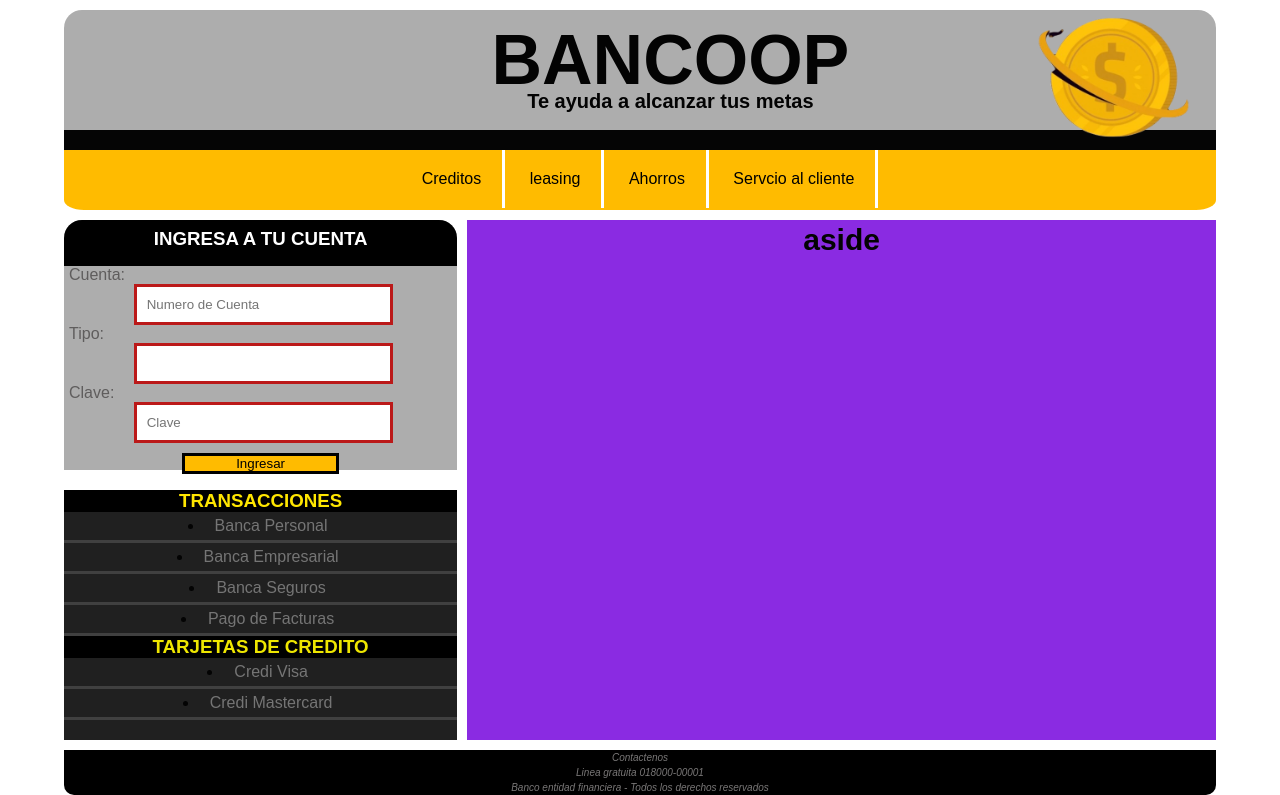
Repository: NickArregoces/BANCOOP
Page: Index.html
These files come from the project's save history. The page is drawn as it stood at one moment and after the next save; the edit follows.
The browser window is 1280 px wide. The pictures show the whole page.

Above is the page before, as saved 2021-09-30 14:09:21.

After the next save:
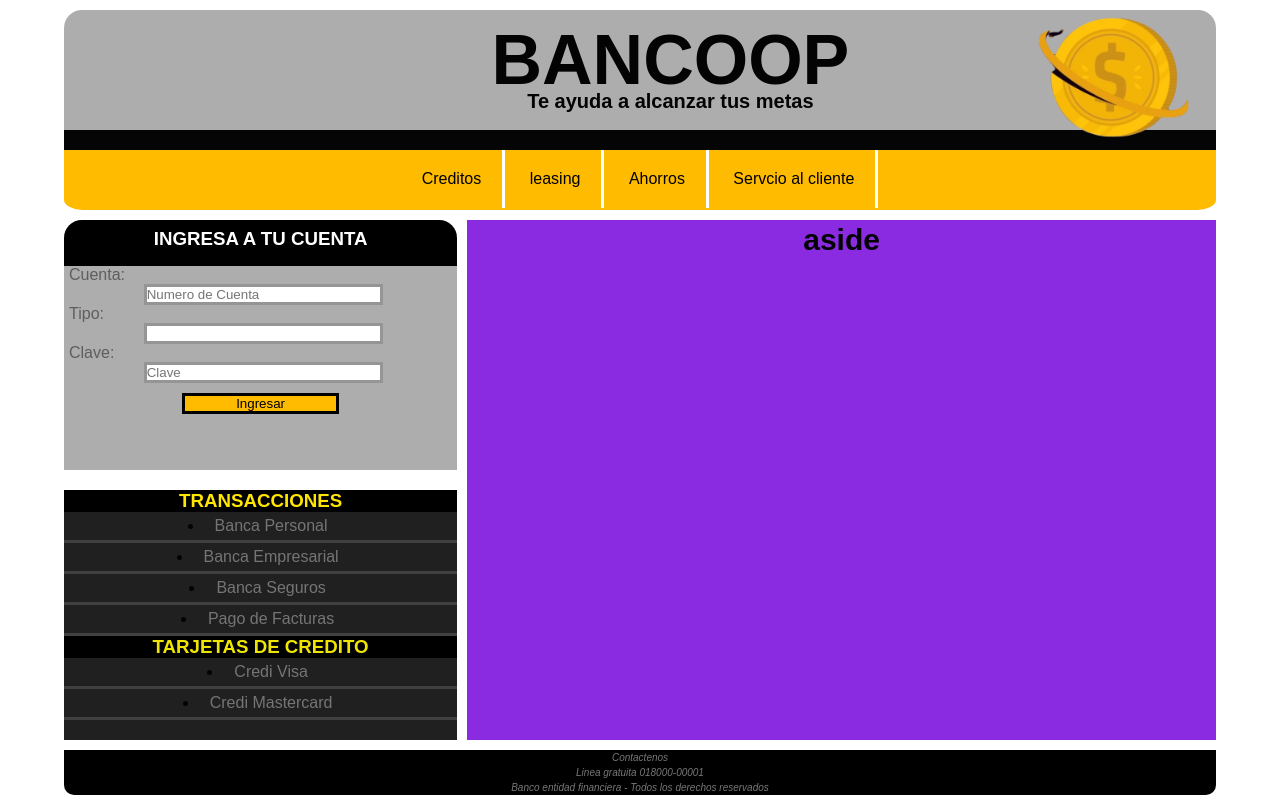
Saved 12 s later.
--- a/CSS/Style.css
+++ b/CSS/Style.css
@@ -97,9 +97,8 @@ div.navegador{
         }
         form input{
             width: 60%;
-            padding: 10px;
             display: block;
-            border: solid rgb(187, 25, 25);
+            border: solid rgb(149, 149, 149);
         }
         div.center{
             margin-top: 10px;
